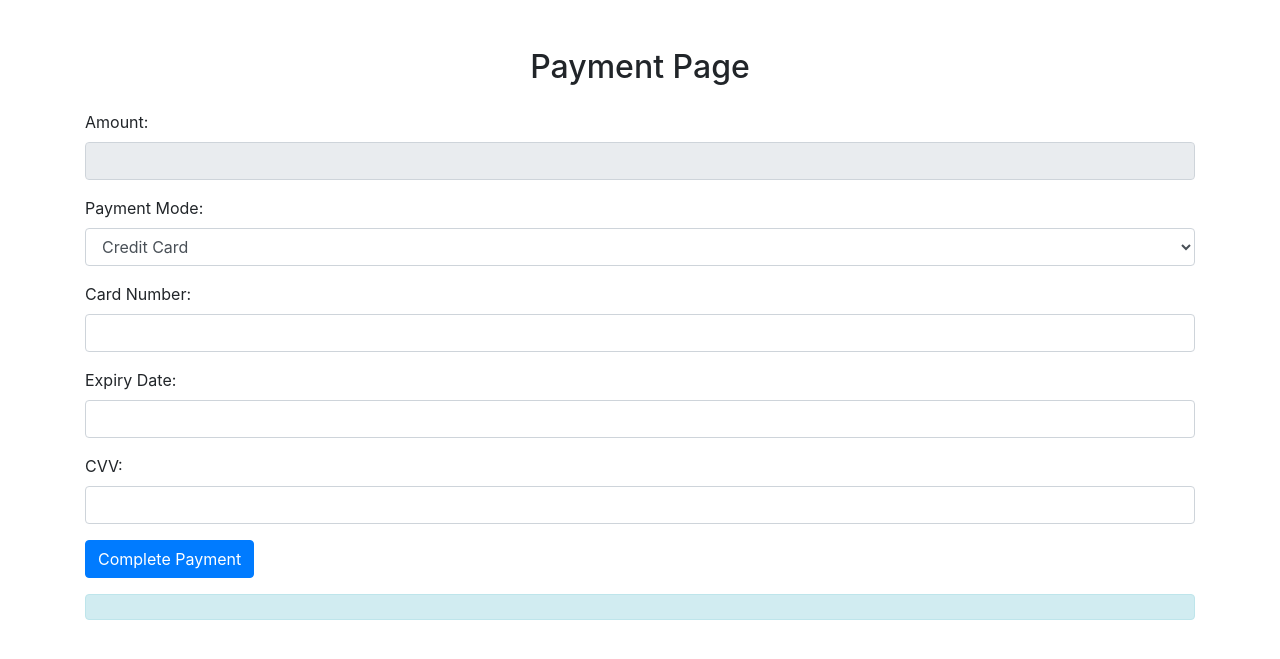
Repository: NagaMounikaY/GroceriesSubscriptionBookingManagement
Page: http://localhost/GroceriesSubBookingSystem/WEB-INF/views/payment.jsp
An editor plug-in stored every save of this project. The page is shown before and after the next save, followed by the edit.
The browser window is 1280 px wide. The pictures show the whole page.
After loading, the first visible `#payment_mode` was changed once.
The page is served by Tomcat 9. Nobody is signed in. Other server files are loaded and not shown. The template is opened directly, without the code that normally fills it, so the values that code supplies are empty.

Above is the page before, as saved 2024-09-13 10:26:11.

### GroceriesSubBookingSystem/src/main/webapp/WEB-INF/views/payment.jsp
<%@ page language="java" contentType="text/html; charset=ISO-8859-1" pageEncoding="ISO-8859-1" isELIgnored="false"%>
<!DOCTYPE html>
<html lang="en">
<head>
    <meta charset="UTF-8">
    <meta name="viewport" content="width=device-width, initial-scale=1.0">
    <title>Payment</title>
    <link rel="stylesheet" href="https://stackpath.bootstrapcdn.com/bootstrap/4.3.1/css/bootstrap.min.css">
    <style>
        .error {
            color: red;
            font-size: 0.875em;
            margin-top: 0.25em;
        }
    </style>
    <script>
        function validateCardNumber() {
            const cardNumber = document.getElementById('card_number').value;
            const regex = /^\d{16}$/; // 16 digits for card number
            const errorElement = document.getElementById('card_number_error');
            if (cardNumber && !regex.test(cardNumber)) {
                errorElement.textContent = 'Card Number must be exactly 16 digits.';
            } else {
                errorElement.textContent = '';
            }
        }

        function validateExpiryDate() {
            const expireDate = document.getElementById('expire_date').value;
            const regex = /^(0[1-9]|1[0-2])\/\d{2}$/; // MM/YY format
            const errorElement = document.getElementById('expire_date_error');
            if (expireDate && !regex.test(expireDate)) {
                errorElement.textContent = 'Expiry Date must be in MM/YY format.';
            } else {
                errorElement.textContent = '';
            }
        }

        function validateCVV() {
            const cvvNumber = document.getElementById('cvv_number').value;
            const regex = /^\d{3}$/; // 3 digits for CVV
            const errorElement = document.getElementById('cvv_number_error');
            if (cvvNumber && !regex.test(cvvNumber)) {
                errorElement.textContent = 'CVV must be exactly 3 digits.';
            } else {
                errorElement.textContent = '';
            }
        }

        function showPaymentDetails() {
            const paymentMode = document.getElementById('payment_mode').value;
            const paymentDetails = document.getElementById('paymentDetails');
            paymentDetails.style.display = paymentMode ? 'block' : 'none';
        }
    </script>
</head>
<body>
    <div class="container mt-5">
        <h2 class="mb-4 text-center">Payment Page</h2>
        <form action="${pageContext.request.contextPath}/payment/complete" method="post">
            <div class="form-group">
                <label for="amount">Amount:</label>
                <input type="text" id="amount" name="amount" class="form-control" value="${totalAmount}" readonly>
            </div>
            <div class="form-group">
                <label for="payment_mode">Payment Mode:</label>
                <select id="payment_mode" name="payment_mode" class="form-control" onchange="showPaymentDetails()" required>
                    <option value="">Select Payment Mode</option>
                    <option value="Credit Card">Credit Card</option>
                    <option value="Debit Card">Debit Card</option>
                    <option value="Net Banking">Net Banking</option>
                </select>
            </div>
            <div id="paymentDetails" style="display:none;">
                <div class="form-group">
                    <label for="card_number">Card Number:</label>
                    <input type="text" id="card_number" name="card_number" class="form-control" onchange="validateCardNumber()" required>
                    <div id="card_number_error" class="error"></div>
                </div>
                <div class="form-group">
                    <label for="expire_date">Expiry Date:</label>
                    <input type="text" id="expire_date" name="expire_date" class="form-control" onchange="validateExpiryDate()" required>
                    <div id="expire_date_error" class="error"></div>
                </div>
                <div class="form-group">
                    <label for="cvv_number">CVV:</label>
                    <input type="text" id="cvv_number" name="cvv_number" class="form-control" onchange="validateCVV()" required>
                    <div id="cvv_number_error" class="error"></div>
                </div>
            </div>
            <button type="submit" class="btn btn-primary">Complete Payment</button>
        </form>
        <c:if test="${not empty message}">
            <div class="alert alert-info mt-3">
                ${message}
            </div>
        </c:if>
    </div>
</body>
</html>

After the next save:
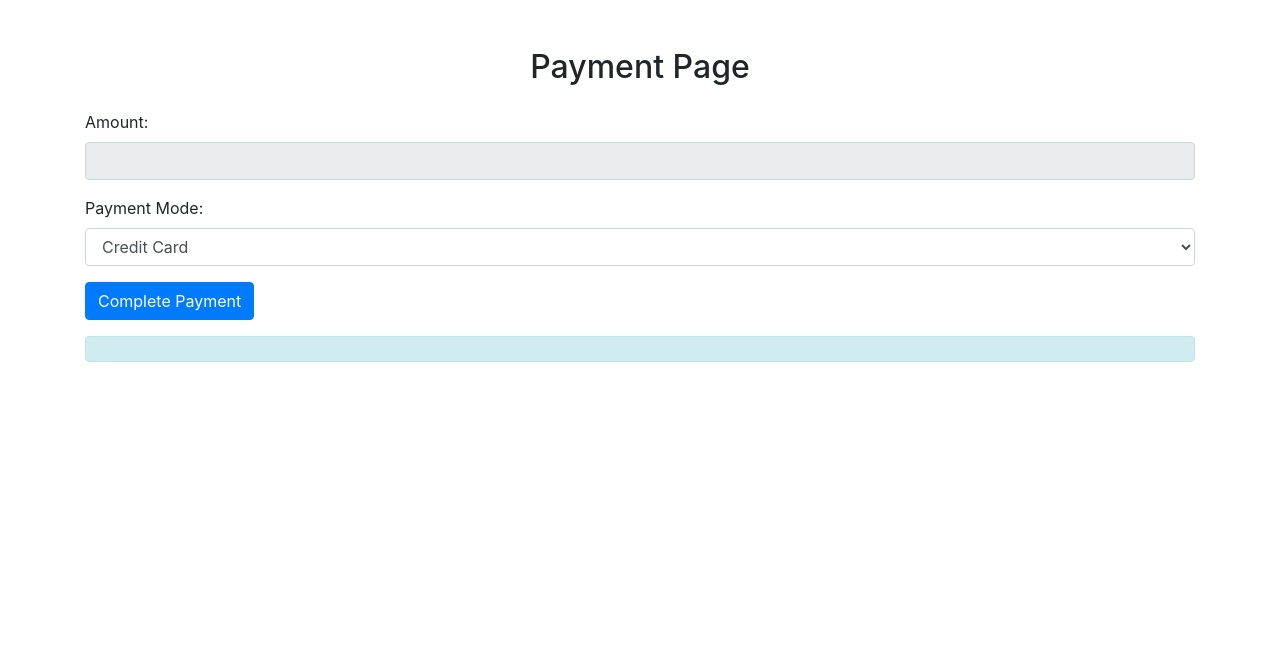
Console error: ReferenceError: showPaymentDetails is not defined
Saved 35 s later.
--- a/GroceriesSubBookingSystem/src/main/webapp/WEB-INF/views/payment.jsp
+++ b/GroceriesSubBookingSystem/src/main/webapp/WEB-INF/views/payment.jsp
@@ -13,46 +13,6 @@
             margin-top: 0.25em;
         }
     </style>
-    <script>
-        function validateCardNumber() {
-            const cardNumber = document.getElementById('card_number').value;
-            const regex = /^\d{16}$/; // 16 digits for card number
-            const errorElement = document.getElementById('card_number_error');
-            if (cardNumber && !regex.test(cardNumber)) {
-                errorElement.textContent = 'Card Number must be exactly 16 digits.';
-            } else {
-                errorElement.textContent = '';
-            }
-        }
-
-        function validateExpiryDate() {
-            const expireDate = document.getElementById('expire_date').value;
-            const regex = /^(0[1-9]|1[0-2])\/\d{2}$/; // MM/YY format
-            const errorElement = document.getElementById('expire_date_error');
-            if (expireDate && !regex.test(expireDate)) {
-                errorElement.textContent = 'Expiry Date must be in MM/YY format.';
-            } else {
-                errorElement.textContent = '';
-            }
-        }
-
-        function validateCVV() {
-            const cvvNumber = document.getElementById('cvv_number').value;
-            const regex = /^\d{3}$/; // 3 digits for CVV
-            const errorElement = document.getElementById('cvv_number_error');
-            if (cvvNumber && !regex.test(cvvNumber)) {
-                errorElement.textContent = 'CVV must be exactly 3 digits.';
-            } else {
-                errorElement.textContent = '';
-            }
-        }
-
-        function showPaymentDetails() {
-            const paymentMode = document.getElementById('payment_mode').value;
-            const paymentDetails = document.getElementById('paymentDetails');
-            paymentDetails.style.display = paymentMode ? 'block' : 'none';
-        }
-    </script>
 </head>
 <body>
     <div class="container mt-5">

After the 5 saves that followed:
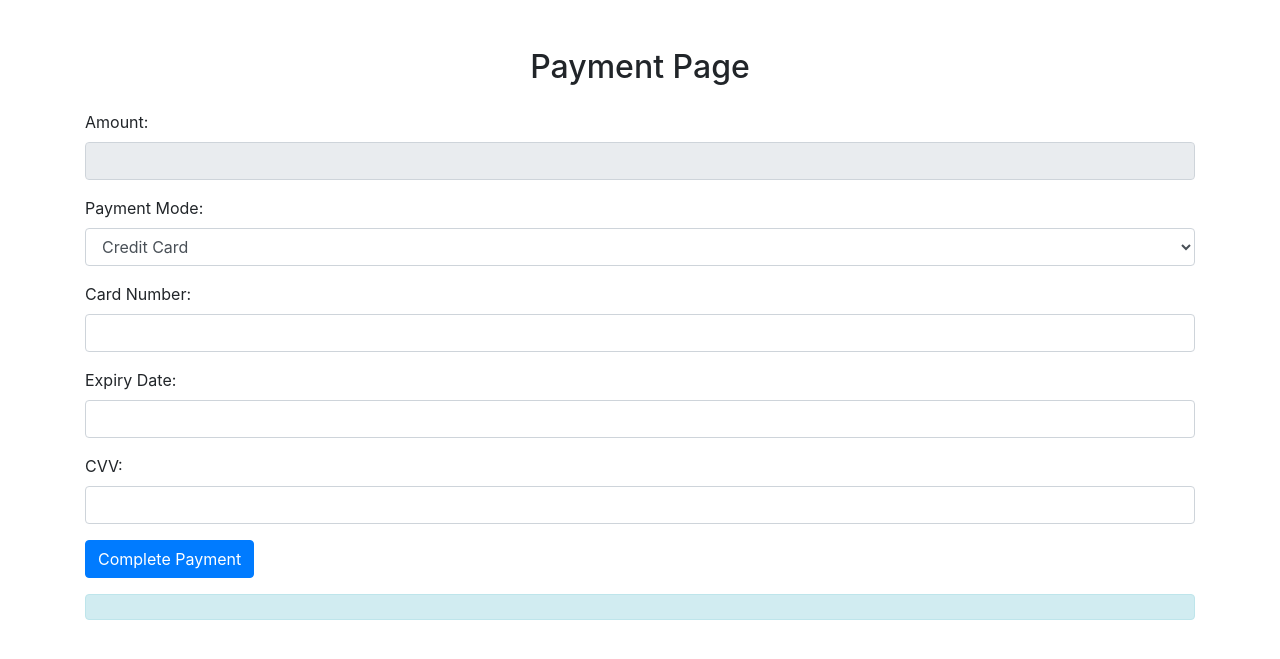
The error is gone.
The 5 saves are shown as one change because 4 left the picture as it was.
The last was saved 8 min 49 s later.
--- a/GroceriesSubBookingSystem/src/main/webapp/WEB-INF/views/payment.jsp
+++ b/GroceriesSubBookingSystem/src/main/webapp/WEB-INF/views/payment.jsp
@@ -13,6 +13,46 @@
             margin-top: 0.25em;
         }
     </style>
+    <script>
+        function validateCardNumber() {
+            const cardNumber = document.getElementById('card_number').value;
+            const regex = /^\d{16}$/; // 16 digits for card number
+            const errorElement = document.getElementById('card_number_error');
+            if (cardNumber && !regex.test(cardNumber)) {
+                errorElement.textContent = 'Card Number must be exactly 16 digits.';
+            } else {
+                errorElement.textContent = '';
+            }
+        }
+
+        function validateExpiryDate() {
+            const expireDate = document.getElementById('expire_date').value;
+            const regex = /^(0[1-9]|1[0-2])\/\d{2}$/; // MM/YY format
+            const errorElement = document.getElementById('expire_date_error');
+            if (expireDate && !regex.test(expireDate)) {
+                errorElement.textContent = 'Expiry Date must be in MM/YY format.';
+            } else {
+                errorElement.textContent = '';
+            }
+        }
+
+        function validateCVV() {
+            const cvvNumber = document.getElementById('cvv_number').value;
+            const regex = /^\d{3}$/; // 3 digits for CVV
+            const errorElement = document.getElementById('cvv_number_error');
+            if (cvvNumber && !regex.test(cvvNumber)) {
+                errorElement.textContent = 'CVV must be exactly 3 digits.';
+            } else {
+                errorElement.textContent = '';
+            }
+        }
+
+        function showPaymentDetails() {
+            const paymentMode = document.getElementById('payment_mode').value;
+            const paymentDetails = document.getElementById('paymentDetails');
+            paymentDetails.style.display = paymentMode ? 'block' : 'none';
+        }
+    </script>
 </head>
 <body>
     <div class="container mt-5">
@@ -56,5 +96,46 @@
             </div>
         </c:if>
     </div>
+
+    <script>
+        function validateCardNumber() {
+            const cardNumber = document.getElementById('card_number').value;
+            const regex = /^\d{16}$/; // 16 digits for card number
+            const errorElement = document.getElementById('card_number_error');
+            if (cardNumber && !regex.test(cardNumber)) {
+                errorElement.textContent = 'Card Number must be exactly 16 digits.';
+            } else {
+                errorElement.textContent = '';
+            }
+        }
+
+        function validateExpiryDate() {
+            const expireDate = document.getElementById('expire_date').value;
+            const regex = /^(0[1-9]|1[0-2])\/\d{2}$/; // MM/YY format
+            const errorElement = document.getElementById('expire_date_error');
+            if (expireDate && !regex.test(expireDate)) {
+                errorElement.textContent = 'Expiry Date must be in MM/YY format.';
+            } else {
+                errorElement.textContent = '';
+            }
+        }
+
+        function validateCVV() {
+            const cvvNumber = document.getElementById('cvv_number').value;
+            const regex = /^\d{3}$/; // 3 digits for CVV
+            const errorElement = document.getElementById('cvv_number_error');
+            if (cvvNumber && !regex.test(cvvNumber)) {
+                errorElement.textContent = 'CVV must be exactly 3 digits.';
+            } else {
+                errorElement.textContent = '';
+            }
+        }
+
+        function showPaymentDetails() {
+            const paymentMode = document.getElementById('payment_mode').value;
+            const paymentDetails = document.getElementById('paymentDetails');
+            paymentDetails.style.display = paymentMode ? 'block' : 'none';
+        }
+    </script>
 </body>
 </html>
